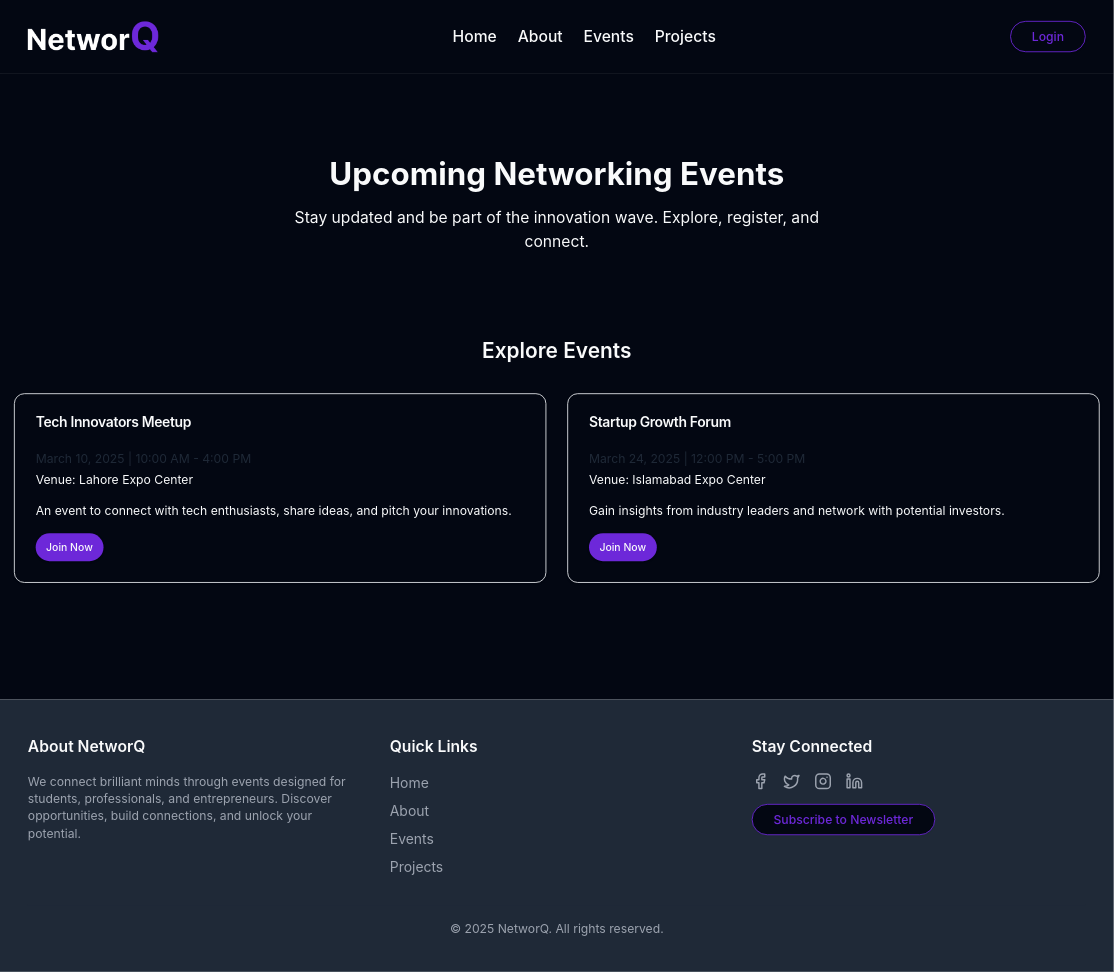
Repository: Wahab3917/Red-Pill-Coders-Hackathon-Submission
Page: /events (app in frontend/)
An editor plug-in stored every save of this project. The page is shown before and after the next save, followed by the edit.
The browser window is 1280 px wide. The pictures show the whole page, at 87% of full size.
The project was rebuilt for these pictures with package versions that can differ from the ones it lists, and the page was loaded fresh each time. Also part of the build but not shown: frontend/vite.config.js, frontend/src/layouts/AuthLayout.jsx, frontend/src/pages/Home.jsx, frontend/src/pages/About.jsx, frontend/src/pages/Project.jsx.

Above is the page before, as saved 2025-01-25 12:56:42.

### frontend/index.html
<!doctype html>
<html lang="en" class="dark">
  <head>
    <meta charset="UTF-8" />
    <link rel="icon" type="image/svg+xml" href="./src/assets/favicon.png" />
    <meta name="viewport" content="width=device-width, initial-scale=1.0" />
    <title>NetworQ</title>
  </head>
  <body>
    <div id="root"></div>
    <script type="module" src="/src/main.jsx"></script>
  </body>
</html>

### frontend/src/App.jsx
import { BrowserRouter as Router, Routes, Route } from "react-router-dom";
import AuthLayout from "./layouts/AuthLayout";
import PageLayout from "./layouts/pageLayout";

// PAGES
import Home from "./pages/Home.jsx";
import About from "./pages/About.jsx";
import Event from "./pages/Event.jsx";
import Project from "./pages/Project.jsx";
function App() {
  return (
    <Router>
      <Routes>
        <Route
          path="/"
          element={
            <PageLayout>
              <Home />
            </PageLayout>
          }
        />
        <Route
          path="/about"
          element={
            <PageLayout>
              <About />
            </PageLayout>
          }
        />
        <Route
          path="/events"
          element={
            <PageLayout>
              <Event />
            </PageLayout>
          }
        />
        <Route
          path="/projects"
          element={
            <PageLayout>
              <Project />
            </PageLayout>
          }
        />
      </Routes>
    </Router>
  );
}

export default App;

### frontend/src/layouts/PageLayout.jsx
import React from 'react';
import { Header, Footer } from '../components';

function PageLayout({children}) {
  return (
    <div className='min-h-screen flex flex-wrap content-between bg-gray-100'>
      <div className='w-full block'>
        <Header />
          <main>
            {children}
          </main>
        <Footer />
      </div>
    </div>
  )
}

export default PageLayout

### frontend/src/pages/Event.jsx
import { useState } from "react";
import { Button } from "@/components/ui/button";
import { Card, CardContent, CardHeader, CardTitle } from "@/components/ui/card";

const eventsData = [
  {
    name: "Tech Innovators Meetup",
    date: "March 10, 2025",
    time: "10:00 AM - 4:00 PM",
    venue: "Lahore Expo Center",
    description:
      "An event to connect with tech enthusiasts, share ideas, and pitch your innovations.",
  },
  {
    name: "Startup Growth Forum",
    date: "March 24, 2025",
    time: "12:00 PM - 5:00 PM",
    venue: "Islamabad Expo Center",
    description:
      "Gain insights from industry leaders and network with potential investors.",
  },
];

export default function EventsPage() {
  const [isLoggedIn, setIsLoggedIn] = useState(true); // Toggle login state

  return (
    <>
      <main>
        <div className="relative h-full w-full bg-white">
          <div className="absolute h-full w-full bg-[radial-gradient(#e5e7eb_1px,transparent_1px)] [background-size:16px_16px] [mask-image:radial-gradient(ellipse_50%_50%_at_50%_50%,#000_70%,transparent_100%)]"></div>
        </div>

        <div className="bg-background text-foreground min-h-screen">
          {/* Events Header */}
          <section className="pt-24 pb-12">
            <div className="container mx-auto px-4 text-center">
              <h1 className="text-4xl font-bold mb-4">
                Upcoming Networking Events
              </h1>
              <p className="text-lg max-w-2xl mx-auto">
                Stay updated and be part of the innovation wave. Explore,
                register, and connect.
              </p>
            </div>
          </section>

          {/* Events List */}
          <section className="py-12">
            <div className="container mx-auto px-4">
              <h2 className="text-2xl font-semibold text-center mb-8">
                Explore Events
              </h2>
              <div className="grid grid-cols-1 sm:grid-cols-2 gap-6">
                {eventsData.map((event, index) => (
                  <Card key={index}>
                    <CardHeader>
                      <CardTitle>{event.name}</CardTitle>
                    </CardHeader>
                    <CardContent>
                      <p className="text-sm text-muted">
                        {event.date} | {event.time}
                      </p>
                      <p className="text-sm mt-1">Venue: {event.venue}</p>
                      <p className="text-sm mt-4">{event.description}</p>
                      {isLoggedIn ? (
                        <Button
                          size="sm"
                          className="bg-primary text-primary-foreground mt-4 rounded-full"
                        >
                          Join Now
                        </Button>
                      ) : (
                        <p className="text-sm text-muted mt-4">
                          Log in to register for this event.
                        </p>
                      )}
                    </CardContent>
                  </Card>
                ))}
              </div>
            </div>
          </section>
        </div>
      </main>
    </>
  );
}

### frontend/src/components/index.js
import Header from "./Header/Header";
import Footer from "./Footer/Footer";

export {
  Header, Footer
}

### frontend/src/components/ui/button.jsx
import * as React from "react"
import { Slot } from "@radix-ui/react-slot"
import { cva } from "class-variance-authority";

import { cn } from "@/lib/utils"

const buttonVariants = cva(
  "inline-flex items-center justify-center gap-2 whitespace-nowrap rounded-md text-sm font-medium transition-colors focus-visible:outline-none focus-visible:ring-1 focus-visible:ring-ring disabled:pointer-events-none disabled:opacity-50 [&_svg]:pointer-events-none [&_svg]:size-4 [&_svg]:shrink-0",
  {
    variants: {
      variant: {
        default:
          "bg-primary text-primary-foreground shadow hover:bg-primary/90",
        destructive:
          "bg-destructive text-destructive-foreground shadow-sm hover:bg-destructive/90",
        outline:
          "border border-input bg-background shadow-sm hover:bg-accent hover:text-accent-foreground",
        secondary:
          "bg-secondary text-secondary-foreground shadow-sm hover:bg-secondary/80",
        ghost: "hover:bg-accent hover:text-accent-foreground",
        link: "text-primary underline-offset-4 hover:underline",
      },
      size: {
        default: "h-9 px-4 py-2",
        sm: "h-8 rounded-md px-3 text-xs",
        lg: "h-10 rounded-md px-8",
        icon: "h-9 w-9",
      },
    },
    defaultVariants: {
      variant: "default",
      size: "default",
    },
  }
)

const Button = React.forwardRef(({ className, variant, size, asChild = false, ...props }, ref) => {
  const Comp = asChild ? Slot : "button"
  return (
    (<Comp
      className={cn(buttonVariants({ variant, size, className }))}
      ref={ref}
      {...props} />)
  );
})
Button.displayName = "Button"

export { Button, buttonVariants }

### frontend/src/components/ui/card.jsx
import * as React from "react"

import { cn } from "@/lib/utils"

const Card = React.forwardRef(({ className, ...props }, ref) => (
  <div
    ref={ref}
    className={cn("rounded-xl border bg-card text-card-foreground shadow", className)}
    {...props} />
))
Card.displayName = "Card"

const CardHeader = React.forwardRef(({ className, ...props }, ref) => (
  <div
    ref={ref}
    className={cn("flex flex-col space-y-1.5 p-6", className)}
    {...props} />
))
CardHeader.displayName = "CardHeader"

const CardTitle = React.forwardRef(({ className, ...props }, ref) => (
  <div
    ref={ref}
    className={cn("font-semibold leading-none tracking-tight", className)}
    {...props} />
))
CardTitle.displayName = "CardTitle"

const CardDescription = React.forwardRef(({ className, ...props }, ref) => (
  <div
    ref={ref}
    className={cn("text-sm text-muted-foreground", className)}
    {...props} />
))
CardDescription.displayName = "CardDescription"

const CardContent = React.forwardRef(({ className, ...props }, ref) => (
  <div ref={ref} className={cn("p-6 pt-0", className)} {...props} />
))
CardContent.displayName = "CardContent"

const CardFooter = React.forwardRef(({ className, ...props }, ref) => (
  <div
    ref={ref}
    className={cn("flex items-center p-6 pt-0", className)}
    {...props} />
))
CardFooter.displayName = "CardFooter"

export { Card, CardHeader, CardFooter, CardTitle, CardDescription, CardContent }

### frontend/src/components/Header/Header.jsx
import React from "react";
import { Link, useNavigate } from "react-router-dom";
import Logo from "../Logo";
import { Button } from "../ui/button";

function Header() {
  const navigate = useNavigate();

  const navItems = [
    { name: "Home", slug: "/", active: true },
    { name: "About", slug: "/about", active: true },
    { name: "Events", slug: "/events", active: true },
    { name: "Projects", slug: "/projects", active: true },
  ];

  return (
    <header className="flex justify-between items-center py-6 px-8 bg-background text-foreground shadow-md">
      {/* Logo Section */}
      <div>
        <Link to="/">
          <Logo width={150} />
        </Link>
      </div>

      {/* Navigation Section */}
      <nav className="flex gap-6">
        {navItems.map(
          (item) =>
            item.active && (
              <Link
                to={item.slug}
                key={item.name}
                className="text-lg font-medium hover:text-primary transition-colors"
              >
                {item.name}
              </Link>
            )
        )}
      </nav>

      {/* Actions Section */}
      <div>
        <Link to="/login">
          <Button
            variant="outline"
            className="py-2 px-6 rounded-full border-primary text-primary hover:bg-primary hover:text-primary-foreground transition-colors"
          >
            Login
          </Button>
        </Link>
      </div>
    </header>
  );
}

export default Header;

### frontend/src/components/Footer/Footer.jsx
import React from "react";
import { Link } from "react-router-dom";
import { Button } from "../ui/button";
import { Facebook, Twitter, Instagram, Linkedin } from "lucide-react";

function Footer() {
  return (
    <footer className="bg-muted text-muted-foreground py-10 px-8">
      <div className="container mx-auto grid md:grid-cols-3 gap-8">
        {/* About Section */}
        <div>
          <h4 className="text-lg font-semibold mb-4">About NetworQ</h4>
          <p className="text-sm">
            We connect brilliant minds through events designed for students, professionals, and entrepreneurs.
            Discover opportunities, build connections, and unlock your potential.
          </p>
        </div>

        {/* Navigation Links */}
        <div>
          <h4 className="text-lg font-semibold mb-4">Quick Links</h4>
          <ul className="space-y-2">
            <li>
              <Link to="/" className="hover:text-primary transition-colors">Home</Link>
            </li>
            <li>
              <Link to="/about" className="hover:text-primary transition-colors">About</Link>
            </li>
            <li>
              <Link to="/events" className="hover:text-primary transition-colors">Events</Link>
            </li>
            <li>
              <Link to="/projects" className="hover:text-primary transition-colors">Projects</Link>
            </li>
          </ul>
        </div>

        {/* Social Media & Newsletter */}
        <div>
          <h4 className="text-lg font-semibold mb-4">Stay Connected</h4>
          <div className="flex space-x-4 mb-4">
            <a
              href="https://facebook.com"
              target="_blank"
              rel="noopener noreferrer"
              className="text-muted-foreground hover:text-primary transition-colors"
            >
              <Facebook size={20} />
            </a>
            <a
              href="https://twitter.com"
              target="_blank"
              rel="noopener noreferrer"
              className="text-muted-foreground hover:text-primary transition-colors"
            >
              <Twitter size={20} />
            </a>
            <a
              href="https://instagram.com"
              target="_blank"
              rel="noopener noreferrer"
              className="text-muted-foreground hover:text-primary transition-colors"
            >
              <Instagram size={20} />
            </a>
            <a
              href="https://linkedin.com"
              target="_blank"
              rel="noopener noreferrer"
              className="text-muted-foreground hover:text-primary transition-colors"
            >
              <Linkedin size={20} />
            </a>
          </div>
          <Link to="/signup">
            <Button
              variant="outline"
              className="py-2 px-6 rounded-full border-primary text-primary hover:bg-primary hover:text-primary-foreground transition-colors"
            >
              Subscribe to Newsletter
            </Button>
          </Link>
        </div>
      </div>

      {/* Bottom Bar */}
      <div className="border-t border-border mt-8 pt-4 text-center">
        <p className="text-sm">
          © {new Date().getFullYear()} NetworQ. All rights reserved.
        </p>
      </div>
    </footer>
  );
}

export default Footer;

### frontend/src/components/Logo.jsx
import React from 'react';
import logo from '../assets/Logo.png';

function Logo({width}) {
  return (
    <img src={logo} alt="Logo" width={width} />
  )
}

export default Logo

### frontend/tailwind.config.js
const plugin = require("tailwindcss/plugin");
const { fontFamily } = require("tailwindcss/defaultTheme");

/** @type {import('tailwindcss').Config} */
module.exports = {
  darkMode: ["class"],
  content: ["./index.html", "./src/**/*.{ts,tsx,js,jsx}"],
  theme: {
    extend: {
      colors: {
        background: "hsl(var(--background))",
        foreground: "hsl(var(--foreground))",
        card: "hsl(var(--card))",
        "card-foreground": "hsl(var(--card-foreground))",
        popover: "hsl(var(--popover))",
        "popover-foreground": "hsl(var(--popover-foreground))",
        primary: "hsl(var(--primary))",
        "primary-foreground": "hsl(var(--primary-foreground))",
        secondary: "hsl(var(--secondary))",
        "secondary-foreground": "hsl(var(--secondary-foreground))",
        muted: "hsl(var(--muted))",
        "muted-foreground": "hsl(var(--muted-foreground))",
        accent: "hsl(var(--accent))",
        "accent-foreground": "hsl(var(--accent-foreground))",
        destructive: "hsl(var(--destructive))",
        "destructive-foreground": "hsl(var(--destructive-foreground))",
        border: "hsl(var(--border))",
        input: "hsl(var(--input))",
        ring: "hsl(var(--ring))",
      },
      borderRadius: {
        DEFAULT: "var(--radius)",
      },
      fontFamily: {
        sans: ["Inter", ...fontFamily.sans],
      },
      typography: {
        DEFAULT: {
          css: {
            h1: {
              fontSize: "3.5rem", // 56px
              fontWeight: "900",
              lineHeight: "4rem", // 64px
              color: "hsl(var(--foreground))",
            },
            h2: {
              fontSize: "2.875rem", // 46px
              fontWeight: "800",
              lineHeight: "3.25rem", // 52px
              color: "hsl(var(--foreground))",
            },
            h3: {
              fontSize: "2.25rem", // 36px
              fontWeight: "700",
              lineHeight: "2.75rem", // 44px
              color: "hsl(var(--foreground))",
            },
            h4: {
              fontSize: "1.875rem", // 30px
              fontWeight: "600",
              lineHeight: "2.25rem", // 36px
              color: "hsl(var(--foreground))",
            },
          },
        },
      },
    },
  },
  plugins: [
    require("tailwindcss-animate"),
    require("@tailwindcss/typography"),
    plugin(function ({ addBase }) {
      addBase({
        h1: {
          "@apply text-[56px] font-extrabold leading-[64px] text-foreground": "",
        },
        h2: {
          "@apply text-[46px] font-bold leading-[52px] text-foreground": "",
        },
        h3: {
          "@apply text-[36px] font-semibold leading-[44px] text-foreground": "",
        },
        h4: {
          "@apply text-[30px] font-medium leading-[36px] text-foreground": "",
        },
      });
    }),
  ],
};

Loaded but not shown: frontend/src/main.jsx (common file); frontend/src/index.css (common file); frontend/src/lib/utils.js (common file)

After the next save:
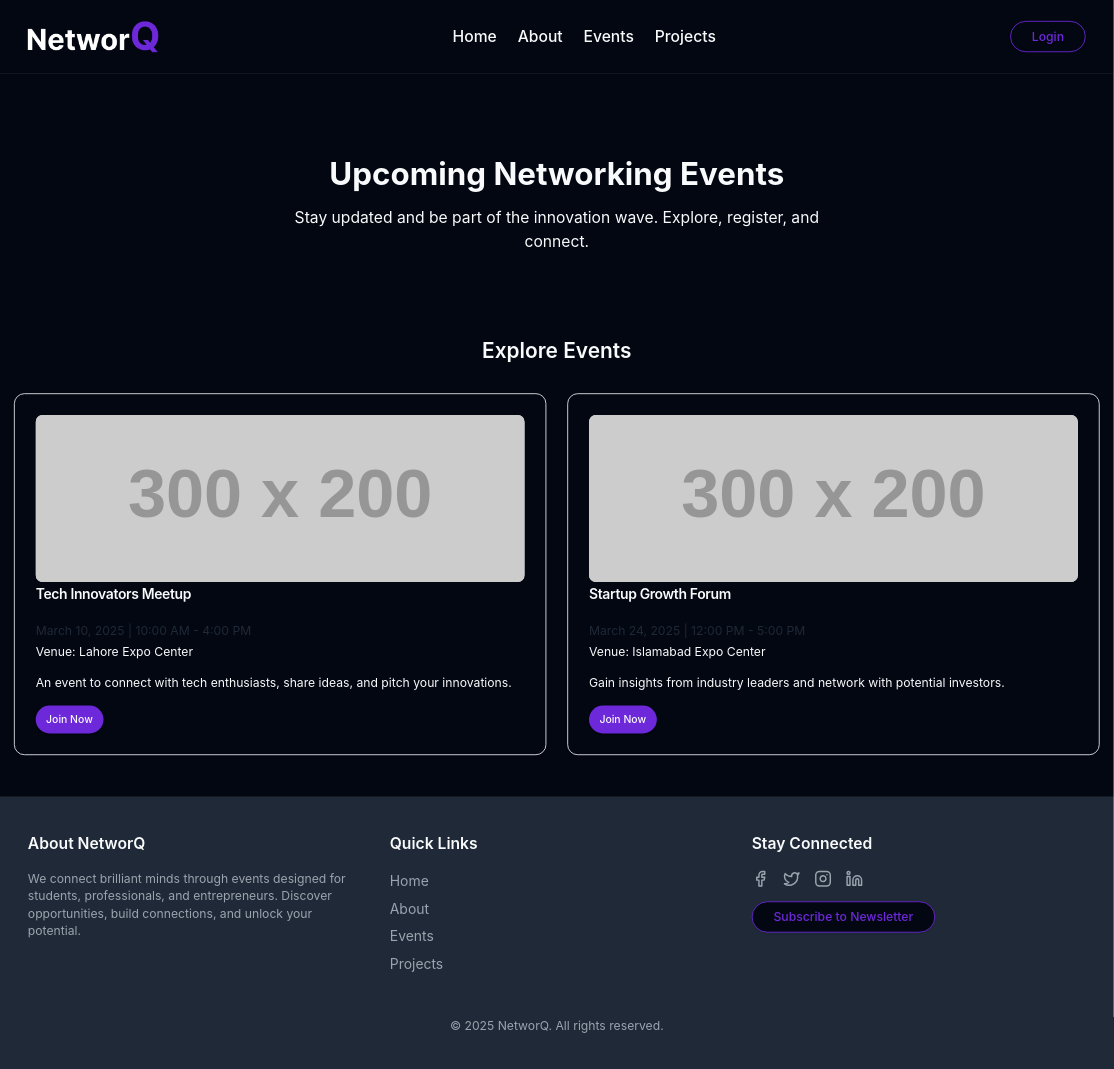
Saved 5 min 32 s later.
--- a/frontend/src/pages/Event.jsx
+++ b/frontend/src/pages/Event.jsx
@@ -55,7 +55,15 @@ export default function EventsPage() {
                 {eventsData.map((event, index) => (
                   <Card key={index}>
                     <CardHeader>
-                      <CardTitle>{event.name}</CardTitle>
+                      {/* Placeholder Image */}
+                      <div className="w-full h-48 bg-gray-200 rounded-lg overflow-hidden">
+                        <img
+                          src="https://via.placeholder.com/300x200"
+                          alt={event.name}
+                          className="w-full h-full object-cover"
+                        />
+                      </div>
+                      <CardTitle className="mt-4">{event.name}</CardTitle>
                     </CardHeader>
                     <CardContent>
                       <p className="text-sm text-muted">
